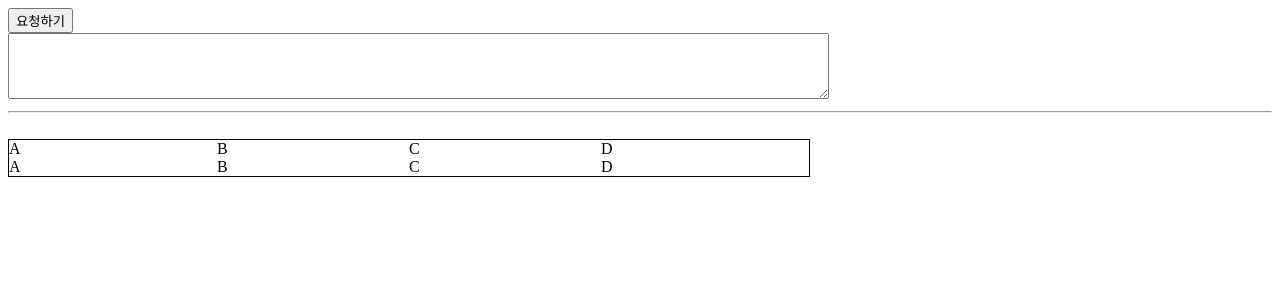
Repository: popconnect/jQuery
Page: http://localhost/AjaxEx01/ajax1.jsp
These files come from the project's save history. The page is drawn as it stood at one moment and after the next save; the edit follows.
The browser window is 1280 px wide. The pictures show the whole page.
The page is served by Tomcat 9. Other server files are loaded and not shown.

Above is the page before, as saved 2023-05-12 05:22:47.

### AjaxEx01/src/main/webapp/ajax1.jsp
<%@ page language="java" contentType="text/html; charset=UTF-8"
	pageEncoding="UTF-8"%>

<!DOCTYPE html>
<html>
<head>
<meta charset="UTF-8">
<title>Insert title here</title>
<script type="text/javascript">
	window.onload = function() {
		document.getElementById('btn').onclick = function() {
			const request = new XMLHttpRequest();

			request.onreadystatechange = function() {
				//console.log(request.readyState);
				if (request.readyState == 4) {
					if (request.status == 200) {
						//console.log(request.responseText);
						//document.getElementById('ta').value = request.responseText;

					} else {
						alert('페이지 오류');
					}
				}
			};
			request.open('get', 'csv1.jsp', true);
			request.send();
		};
	};
</script>
</head>
<body>
	<button id='btn'>요청하기</button>
	<br />
	<textarea id='ta' rows="4" cols="100"></textarea>
	<br /><hr /><br />
	<div class="con" style="display:table; width:800px; border: 1px solid">
        <div style="display:table-row">
            <div class ="A" style="display:table-cell">A</div>
            <div class ="B" style="display:table-cell">B</div>
            <div class ="C" style="display:table-cell">C</div>
            <div class ="D" style="display:table-cell">D</div>
        </div>
        <div style="display:table-row">
            <div class ="A" style="display:table-cell">A</div>
            <div class ="B" style="display:table-cell">B</div>
            <div class ="C" style="display:table-cell">C</div>
            <div class ="D" style="display:table-cell">D</div>
        </div>
    </div>
</body>
</html>

After the next save:
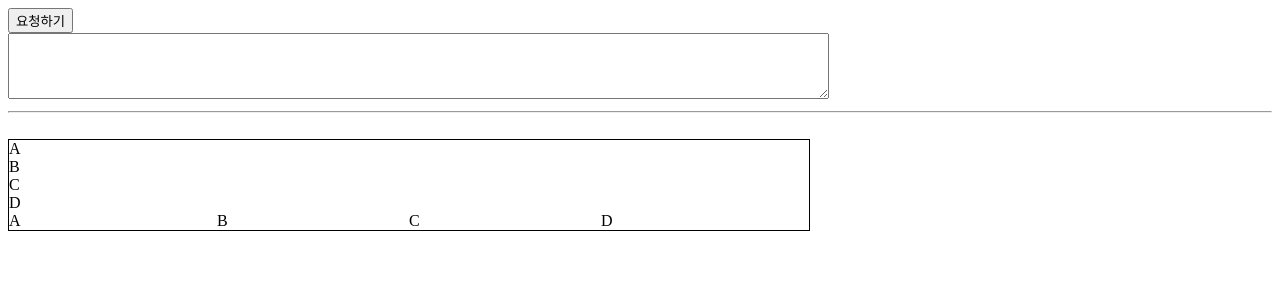
Saved 35 s later.
--- a/AjaxEx01/src/main/webapp/ajax1.jsp
+++ b/AjaxEx01/src/main/webapp/ajax1.jsp
@@ -36,10 +36,10 @@
 	<br /><hr /><br />
 	<div class="con" style="display:table; width:800px; border: 1px solid">
         <div style="display:table-row">
-            <div class ="A" style="display:table-cell">A</div>
-            <div class ="B" style="display:table-cell">B</div>
-            <div class ="C" style="display:table-cell">C</div>
-            <div class ="D" style="display:table-cell">D</div>
+            <div class ="A" style="display:table-cell border: 1px solid"">A</div>
+            <div class ="B" style="display:table-cell border: 1px solid"">B</div>
+            <div class ="C" style="display:table-cell border: 1px solid"">C</div>
+            <div class ="D" style="display:table-cell border: 1px solid"">D</div>
         </div>
         <div style="display:table-row">
             <div class ="A" style="display:table-cell">A</div>

After the save that followed:
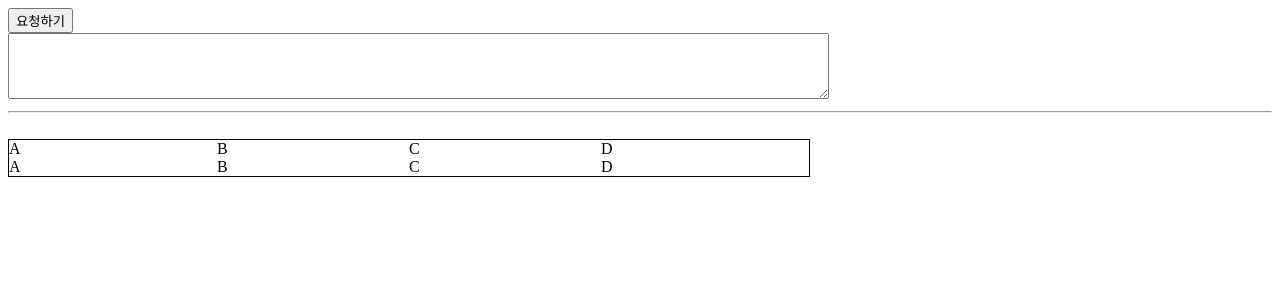
Saved 11 s later.
--- a/AjaxEx01/src/main/webapp/ajax1.jsp
+++ b/AjaxEx01/src/main/webapp/ajax1.jsp
@@ -36,10 +36,10 @@
 	<br /><hr /><br />
 	<div class="con" style="display:table; width:800px; border: 1px solid">
         <div style="display:table-row">
-            <div class ="A" style="display:table-cell border: 1px solid"">A</div>
-            <div class ="B" style="display:table-cell border: 1px solid"">B</div>
-            <div class ="C" style="display:table-cell border: 1px solid"">C</div>
-            <div class ="D" style="display:table-cell border: 1px solid"">D</div>
+            <div class ="A" style="display:table-cell">A</div>
+            <div class ="B" style="display:table-cell">B</div>
+            <div class ="C" style="display:table-cell">C</div>
+            <div class ="D" style="display:table-cell">D</div>
         </div>
         <div style="display:table-row">
             <div class ="A" style="display:table-cell">A</div>
